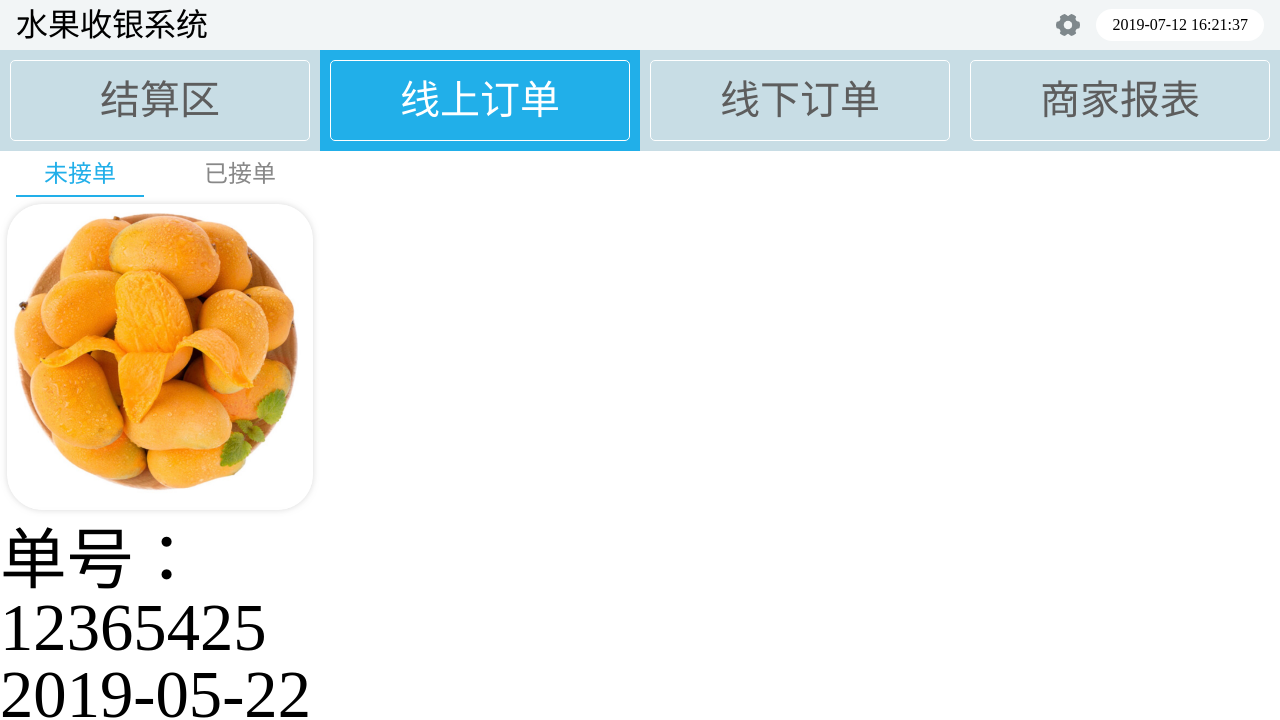
Repository: missing-star/fruit
Page: index.html
An editor plug-in stored every save of this project. The page is shown before and after the next save, followed by the edit.
The browser window is 1280 px wide. The pictures show the whole page.

Above is the page before, as saved 2019-07-12 16:25:00.

After the next save:
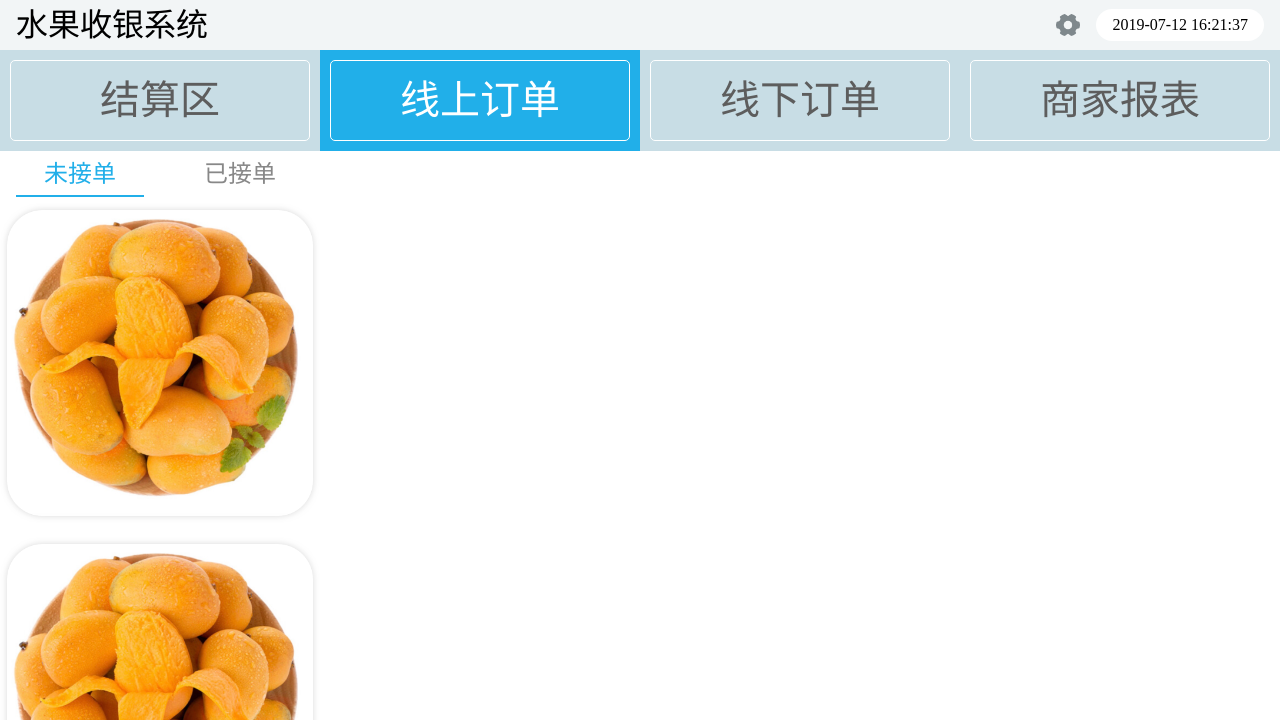
Saved 64 s later.
--- a/css/index.css
+++ b/css/index.css
@@ -353,3 +353,8 @@ ul.accept-wrapper {
     height: 100%;
     overflow: auto;
 }
+li.order-item {
+    display: flex;
+    align-items: center;
+    justify-content: space-between;
+}
